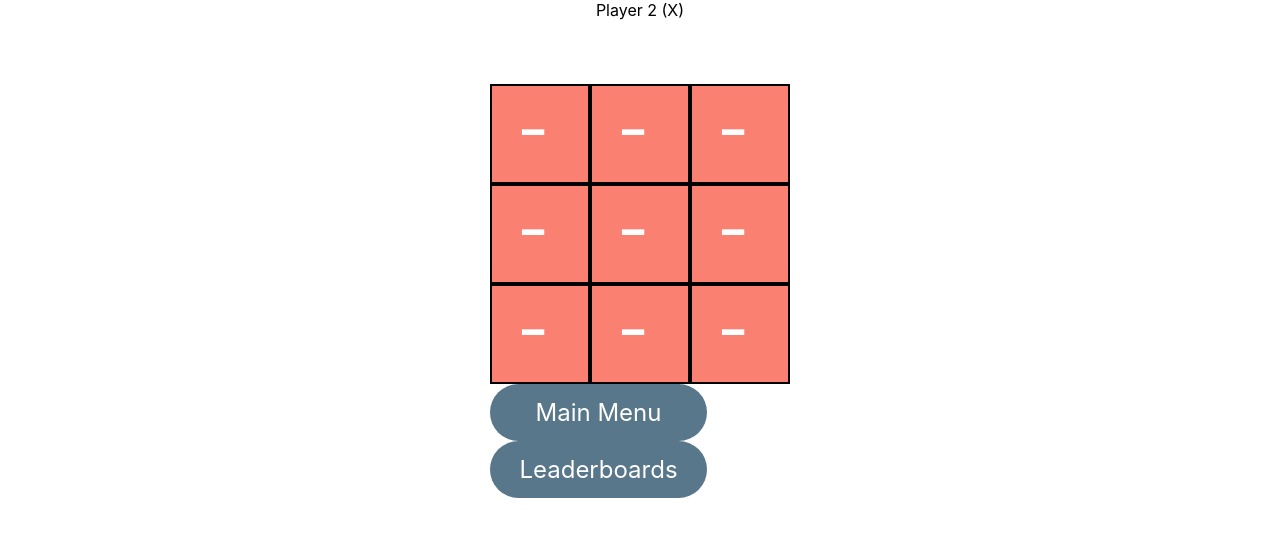
Repository: DawsonGosse/DecisionsGame
Page: /tictacgame (app in web/)
The author's editor kept a copy of each file at every save. The page is drawn from the files as they stood at one save, then again after a run of saves.
The browser window is 1280 px wide. The pictures show the whole page.
The project was rebuilt for these pictures with package versions that can differ from the ones it lists, and the page was loaded fresh each time. The framework's server and built-in components were replaced by stand-ins that run in the browser. Also part of the build but not shown: web/next.config.js.

Above is the page before, as saved 2022-01-14 12:33:53.

After the next 2 saves:
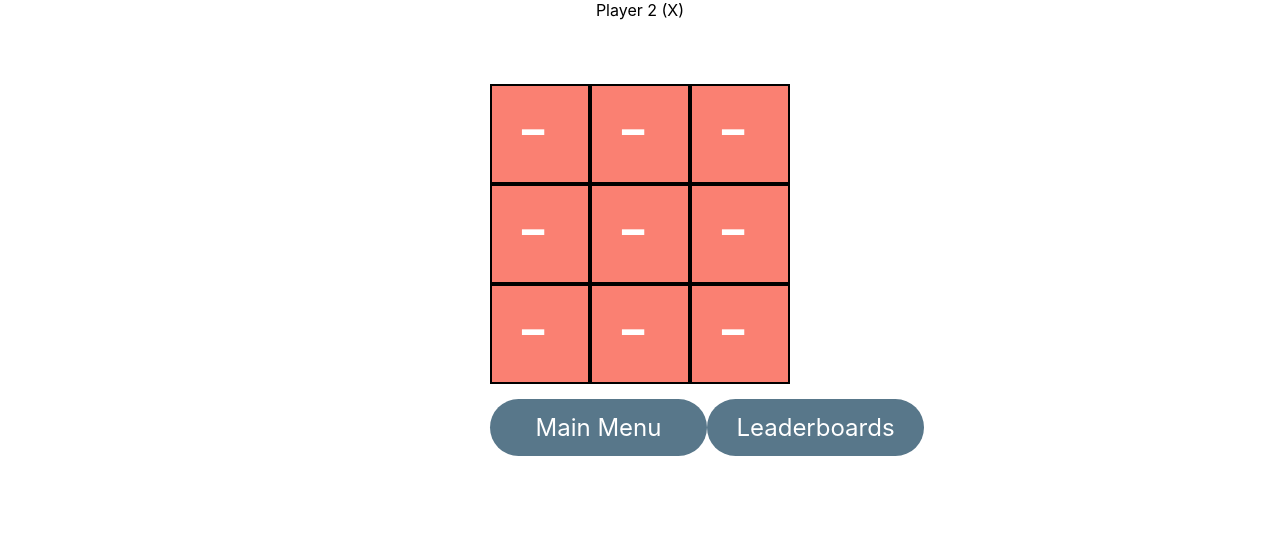
The 2 saves are shown as one change because 1 did not build or start.
The last was saved 15 s later.
--- a/web/comps/TicTacToe/Game.js
+++ b/web/comps/TicTacToe/Game.js
@@ -156,11 +156,11 @@ const Game = props=>{
                                 )
                             })
                         }
-                        <buttonContainer>
+                        <Buttons>
                             <Button text="Main Menu" routeTo="/"></Button>
                             <Button text="Leaderboards" routeTo="/leaderboard"></Button>
                             <br></br>
-                        </buttonContainer>
+                        </Buttons>
                 </div>
             </Container>
         </>
